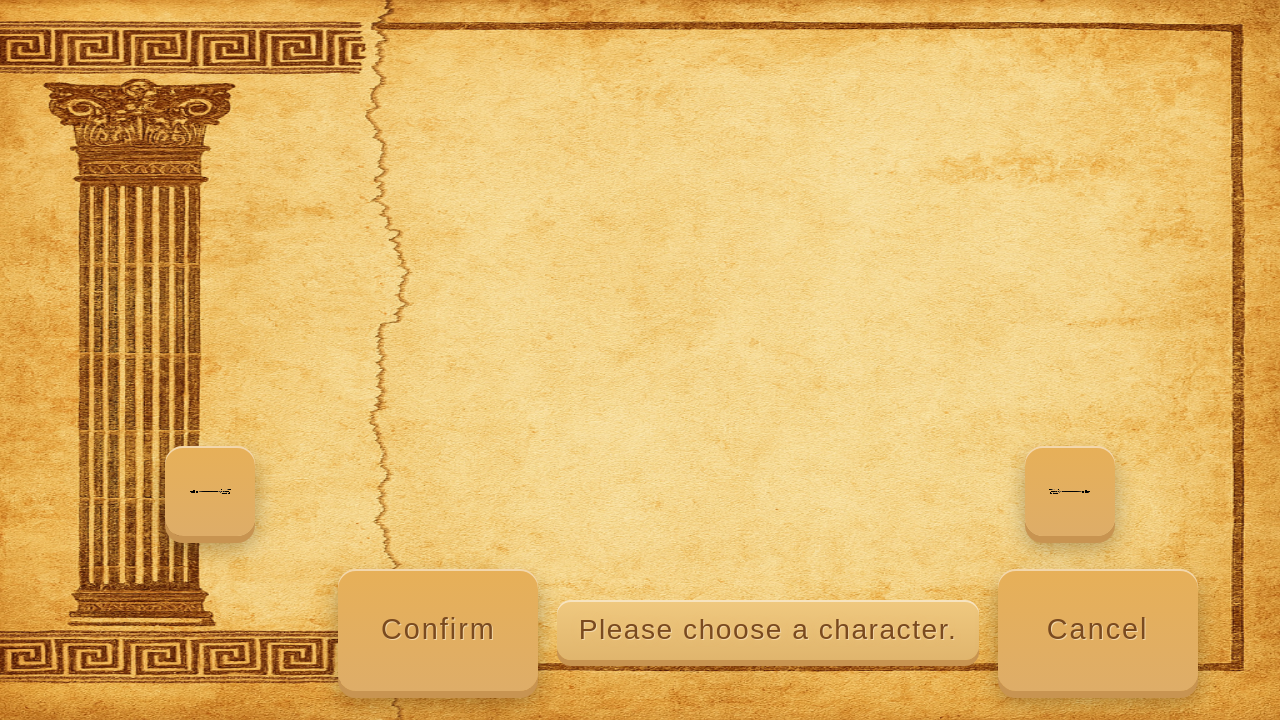
Repository: brianabariteau/Web-1-Final-Project-2025
Page: features/character-selection/character-selection.html
The author's editor kept a copy of each file at every save. The page is drawn from the files as they stood at one save, then again after the next save.
The browser window is 1280 px wide. The pictures show the whole page.
The page's requests for data from a server got no answer. Some web fonts or font styles are not loaded; a fallback is used.

Above is the page before, as saved 2025-12-21 23:52:56.

### features/character-selection/character-selection.html
<!DOCTYPE html>
<html lang="en">
  <head>
    <meta charset="UTF-8" />
    <meta name="viewport" content="width=device-width, initial-scale=1.0" />
    <title>Player Selection</title>
    <link
      rel="icon"
      type="image/x-icon"
      href="../../assets/characters/zeus.png"
    />
    <link rel="stylesheet" href="./character-selection.css" />
    <script type="module" src="./character-selection.js" defer></script>
    <script
      src="https://code.jquery.com/jquery-3.7.1.min.js"
      integrity="sha256-/JqT3SQfawRcv/BIHPThkBvs0OEvtFFmqPF/lYI/Cxo="
      crossorigin="anonymous"
    ></script>
    <link
      href="https://fonts.googleapis.com/css2?family=Jersey+25&display=swap"
      rel="stylesheet"
    />
  </head>
  <body></body>
</html>

### features/character-selection/character-selection.css
/* -- General Page Layout -- */

body {
  margin: 0;
  padding: 0;
  width: 100vw;
  height: 100vh;
  overflow: hidden;

  display: flex;
  justify-content: center;
  align-items: center;

  position: relative;
  font-family: "Press Start 2P", monospace;
}

/* Full-screen background */
.background {
  position: absolute;
  inset: 0;
  width: 100%;
  height: 100%;
  z-index: -1;
}

/* -- Character Selector Grid [avatar1/2/3] -- */

.character-row {
  /*display: flex;
  justify-content: center;
  align-items: center;
  gap: 1rem;

  position: absolute;
  top: 10%;
  width: 100%;*/
  display: flex;
  justify-content: center;
  align-items: center;
  gap: 1rem;
  width: 100%;
  position: relative; /* not absolute */
}

/* All avatar boxes */
.avatar1,
.avatar2,
.avatar3 {
  /*width: 340px;
  height: 450px;*/
  width: min(28vw, 370px); /* 28% of viewport width, max 340px */
  height: min(28vw, 440px);

  background: transparent;
  border: none;
  padding: 0;

  position: relative;
  cursor: pointer;
  transition: transform 120ms ease;
}

.avatar1:hover,
.avatar2:hover,
.avatar3:hover {
  transform: scale(1.05);
}

/* The decorative box asset */
.background-boxes {
  position: absolute;
  inset: 0;
  width: 100%;
  height: 100%;
  object-fit: fill;
  z-index: 0;
  pointer-events: none;
}

/* If later you put the character image inside an avatar */
.player-avatar {
  position: relative;
  z-index: 1;
  width: 140px;
  height: auto;
  image-rendering: pixelated;
}

/* Info inside the avatar (optional) */
.player-info {
  position: relative;
  z-index: 2;
  color: brown;
  text-shadow: 2px 2px #000;
  font-size: 14px;
  text-align: left;
  margin-left: 10px;
}

/* ───────────── SCROLL ARROWS ABOVE TEXT BOX ───────────── */

.scroll-arrows {
  width: min(200vw, 950px); /* narrower than full screen */
  margin: 0 auto;
  display: flex;
  justify-content: space-between; /* left arrow on left, right arrow on right */
  align-items: center;

  padding: 0 5vw; /* adjusts how far arrows sit from edges */
  position: relative;
  z-index: 15;
  gap: 8rem;
}

/* =========================
   ARROW BUTTON BASE
========================= */
.left-arrow,
.right-arrow {
  width: 90px;
  height: 90px;

  background: linear-gradient(to bottom, #e7b058, #dead68);
  border-radius: 18px;
  border: none;

  display: flex;
  align-items: center;
  justify-content: center;

  cursor: pointer;

  box-shadow: inset 0 2px 0 rgba(255, 255, 255, 0.5), 0 7px 0 #c89451,
    0 12px 22px rgba(0, 0, 0, 0.25);

  transition: transform 0.15s ease, box-shadow 0.15s ease, filter 0.15s ease;
}

.left-arrow:hover,
.right-arrow:hover {
  filter: brightness(1.05);

  box-shadow: inset 0 2px 0 rgba(255, 255, 255, 0.6), 0 7px 0 #c89451,
    0 0 18px rgba(255, 210, 130, 0.7), 0 0 36px rgba(255, 200, 100, 0.4);
}

.left-arrow:active,
.right-arrow:active {
  transform: translateY(5px);

  box-shadow: inset 0 2px 0 rgba(255, 255, 255, 0.4), 0 3px 0 #c89451;
}

.arrowImg {
  width: 42px;
  height: auto;
  image-rendering: pixelated;
  pointer-events: none;
}

.switch-characters {
  display: flex;
  flex-direction: column;
  align-items: center;
  gap: 1rem; /* space between avatars and arrows */

  width: min(90vw, 1200px);
  position: absolute;
  top: 10%;
  width: 100%;
}

/* Every stat becomes a tooltip target */
.stat {
  position: relative;
  cursor: help;
}

/* Tooltip bubble */
.stat:hover::after {
  content: attr(data-info);
  position: absolute;
  left: 50%;
  bottom: 120%;
  transform: translateX(-50%);

  width: max-content;
  max-width: 220px;

  background: rgba(0, 0, 0, 0.9);
  color: white;
  padding: 8px 10px;
  border-radius: 6px;
  font-size: 10px;
  line-height: 1.2;
  text-shadow: none;

  pointer-events: none;
  z-index: 999;
}

/* Tooltip arrow */
.stat:hover::before {
  content: "";
  position: absolute;
  left: 50%;
  bottom: 110%;
  transform: translateX(-50%);

  border-width: 6px;
  border-style: solid;
  border-color: rgba(0, 0, 0, 0.9) transparent transparent transparent;

  z-index: 998;
}

/* ───────────── TEXT BOX (your .box image) ───────────── */

.bottom-panel {
  position: absolute;
  /*bottom: -3%;  how far from bottom of screen */
  bottom: 4%;
  left: 60%;
  /*transform: translateX(-30%);  center horizontally */
  transform: translateX(-50%);

  width: min(70vw, 900px);
  /*width: 40%;  adjust width as needed */
  /*max-width: 900px; */

  display: grid;
  grid-template-columns: 1fr auto 1fr; /* left | center | right */
  align-items: center;
  justify-items: center;
  margin: 0;

  z-index: 10;
}

.box {
  font-size: clamp(1.4rem, 2.2vw, 2rem);
  color: #7a4a1f;
  letter-spacing: 1.5px;

  text-shadow: 1px 1px 0 #f3d8a8, 0 0 8px rgba(255, 210, 130, 0.35);

  background: linear-gradient(to bottom, #f0c97f, #e0b56d);
  padding: 14px 22px;
  border-radius: 14px;

  box-shadow: inset 0 2px 0 rgba(255, 255, 255, 0.5), 0 6px 0 #c89451;

  pointer-events: none;
}

/* ───────────── CONFIRM + CANCEL BUTTONS ───────────── */

.button-left,
.button-right {
  display: flex;
  justify-content: center;
  align-items: center;
}

.buttons {
  display: flex;
  gap: 0rem; /* spacing between confirm/cancel */
  position: relative; /* NOT absolute */
  z-index: 10;
}

.confirm,
.cancel {
  min-width: 200px;
  padding: 16px 30px;

  background: linear-gradient(to bottom, #e7b058, #dead68);
  border: none;
  border-radius: 18px;

  cursor: pointer;

  box-shadow: inset 0 2px 0 rgba(255, 255, 255, 0.5), 0 7px 0 #c89451,
    0 12px 22px rgba(0, 0, 0, 0.25);

  transition: transform 0.15s ease, box-shadow 0.15s ease, filter 0.15s ease;
}

.confirm p,
.cancel p {
  font-size: 1.8rem;
  letter-spacing: 2px;
  color: #7a4a1f;

  text-shadow: 1px 1px 0 #f3d8a8;
}

.confirm:hover,
.cancel:hover {
  filter: brightness(1.05);

  box-shadow: inset 0 2px 0 rgba(255, 255, 255, 0.6), 0 7px 0 #c89451,
    0 0 18px rgba(255, 210, 130, 0.7), 0 0 36px rgba(255, 200, 100, 0.4);
}

.confirm:active,
.cancel:active {
  transform: translateY(5px);

  box-shadow: inset 0 2px 0 rgba(255, 255, 255, 0.4), 0 3px 0 #c89451;
}

/* Position them near bottom-right like your drawing */
.cancel {
  right: 10%;
}

/* ───────────── CHARACTERS ───────────── */
.character {
  position: relative;
  z-index: 10; /* ensures text appears above the background box */
  color: rgb(133, 74, 18);
  justify-items: center;
  text-align: center;
  display: flex;
  object-fit: contain;
  /*padding: 12px 20px;*/
  padding-top: 50px;
  width: 100%;
  height: 100%;
  font-family: "Press Start 2P", monospace; /* matches your game font */
  text-shadow: 2px 2px 0px #ffffff; /* retro look */
}

.inner-character {
  width: 100%; /* smaller than full box so borders show */
  height: 70%; /* keep some space top/bottom */
  padding: 0.4rem; /* small internal padding */
  box-sizing: border-box;

  display: flex;
  flex-direction: column;
  align-items: center;
  justify-content: flex-start;
  gap: 0.1rem; /* tiny gaps between lines */

  overflow-y: auto; /* <-- important: scroll if too tall */
  scrollbar-width: none;
  -ms-overflow-style: none;
}
.character-inner::-webkit-scrollbar {
  display: none;
}

.character-inner h3 {
  margin: 0 0 4px 0;
  font-size: clamp(12px, 1.3vw, 16px);
}

.character-inner p {
  margin: 1px 0;
  font-size: clamp(10px, 1.1vw, 13px);
  line-height: 1.1;
}

/* Smaller sprite so it doesn't eat all vertical space */
.character-inner .character-img {
  width: 90px;
  height: auto;
  margin-bottom: 6px;
}

.character h3 {
  margin: 0 0 10px 0;
  /*font-size: 18px;*/
  font-size: clamp(14px, 1.6vw, 18px);
  letter-spacing: 1px;
}

.character p,
.powers-list {
  font-size: clamp(12px, 1.3vw, 14px);
}

.character p {
  margin: 3px 0;
  /*font-size: 14px;*/
  line-height: 1.2;
}

.powers-list {
  margin: 4px 0 0 16px;
  padding: 0;
  list-style-type: none;
  /*font-size: 14px;*/
}

.character-img {
  display: block;
  margin: 0 auto 10px auto; /* center horizontally + space underneath */
  width: 120px; /* adjust size */
  height: auto;
  image-rendering: pixelated;
  z-index: 5;
  pointer-events: none;
  background: transparent;
}

@media (max-width: 900px) {
  .character-row {
    flex-direction: column;
    top: 4%;
    gap: 0.5rem;
  }

  .avatar1,
  .avatar2,
  .avatar3 {
    width: 80vw;
  }
}

@media (max-width: 900px) {
  .bottom-panel {
    bottom: 2%;
    width: 90vw;
    grid-template-columns: auto;
    row-gap: 0.5rem;
  }

  .buttonImg {
    width: 120px;
  }
}

@media (max-width: 600px) {
  .arrowImg {
    width: 80px;
  }

  .scroll-arrows {
    gap: 1.5rem;
    bottom: 30%;
  }
}

@media (max-width: 600px) {
  .confirm,
  .cancel {
    min-width: 160px;
    padding: 14px 22px;
  }

  .confirm p,
  .cancel p {
    font-size: 1.4rem;
  }

  .box {
    font-size: 1.3rem;
  }
}

@media (max-width: 600px) {
  .left-arrow,
  .right-arrow {
    width: 70px;
    height: 70px;
  }

  .arrowImg {
    width: 32px;
  }
}

/* UI elements use same font as Start / Mode pages */
.confirm,
.cancel,
.box {
  font-family: "Jersey 25", sans-serif;
}

### features/character-selection/character-selection.js
"use strict";

import { fetchCharacters } from "../../services/character-api.js";
import { sortCharacters } from "../../utils/character-sorters.js";
let singlePlayer = localStorage.getItem("single player");
let multiPlayer = localStorage.getItem("multiplayer");

let characters = [];
let currentIndex = 0;

// * Player selection stuff
let selectedPlayer = null;

// * The Background Image
const background = $("<img>")
  .addClass("background")
  .attr("src", "./assets/parchment-background.png")
  .attr("alt", "Background");

// * Characters
function renderCharacters(character) {
  let powersList = "";

  if (Array.isArray(character.powers) && character.powers.length > 0) {
    for (const power of character.powers) {
      powersList += `<li>${power}</li>`;
    }
  } else {
    powersList = `<li>No Powers</li>`;
  }

  return `
    <div class="character">
      <div class="inner-character">
        <img class="character-img" src="${character.imgSrc}" alt="${character.name}"/>
        <h3 class="stat" data-info="${character.tier} - ${character.tierName}">${character.name}</h3>
        <p>HP: ${character.stats.hp}</p>
        <p>Attack: ${character.stats.attack}</p>
        <p>Defense: ${character.stats.defense}</p>
        <p>Speed: ${character.stats.speed}</p>
        <p>Power: ${character.stats.power}</p>
        <p>Resilience: ${character.stats.resilience}</p>
        <p>Stamina: ${character.stats.stamina}</p>
        <p class="stat" data-info="${character.stats.masteryDesc}">Domain Mastery: ${character.stats.domainMastery}</p>
        <p class="stat" data-info="${character.stats.traitDesc}">Special Trait: ${character.stats.specialTrait}</p>
      </div>
    </div>
  `;
}

// * All Characters
const characterRow = $("<div>").addClass("character-row");

// * Arrows + Avatars Div
const switchCharacters = $("<div>").addClass("switch-characters");

// * Avatar 1
const avatar1 = $("<button>").addClass("avatar1");
const avatar1BackgroundBox = $("<img>")
  .addClass("background-boxes")
  .attr("src", "./assets/parchment-box.png")
  .attr("alt", "Background Boxes");

$(avatar1).on("click", () => {
  const first = characters[currentIndex];
  selectCharacter(avatar1, first);
});

// * Avatar 2
const avatar2 = $("<button>").addClass("avatar2");
const avatar2BackgroundBox = $("<img>")
  .addClass("background-boxes")
  .attr("src", "./assets/parchment-box.png")
  .attr("alt", "Background Boxes");

$(avatar2).on("click", () => {
  const second = characters[(currentIndex + 1) % characters.length];
  selectCharacter(avatar2, second);
});

// * Avatar 3
const avatar3 = $("<button>").addClass("avatar3");
const avatar3BackgroundBox = $("<img>")
  .addClass("background-boxes")
  .attr("src", "./assets/parchment-box.png")
  .attr("alt", "Background Boxes");

$(avatar3).on("click", () => {
  const third = characters[(currentIndex + 2) % characters.length];
  selectCharacter(avatar3, third);
});

$(characterRow).append(avatar1, avatar2, avatar3);

function updateAvatarsDisplay() {
  if (!Array.isArray(characters) || characters.length === 0) return;

  const second = characters[(currentIndex + 1) % characters.length];
  const first = characters[currentIndex];
  const third = characters[(currentIndex + 2) % characters.length];

  $(avatar1).html(renderCharacters(first));
  $(avatar2).html(renderCharacters(second));
  $(avatar3).html(renderCharacters(third));

  $(avatar1).append(avatar1BackgroundBox.clone());
  $(avatar2).append(avatar2BackgroundBox.clone());
  $(avatar3).append(avatar3BackgroundBox.clone());
}

async function loadCharacters() {
  characters = await fetchCharacters();
  characters = sortCharacters(characters);
  currentIndex = 0;
  updateAvatarsDisplay();
}

function selectCharacter(avatarElement, character) {
  $(".avatar1, .avatar2, .avatar3").removeClass("selected");
  $(avatarElement).addClass("selected");
  selectedPlayer = character;
}

// * Text Box + Buttons
const bottomPanel = $("<div>").addClass("bottom-panel");

/*
// * Text Box Image
const textBox = $("<img>")
  .addClass("box")
  .attr("src", "./assets/choose-character-text.png")
  .attr("alt", "Text Box"); */
const textBox = $("<p>").addClass("box").text("Please choose a character.");

// * Buttons
const leftButton = $("<div>").addClass("left-button");
const rightButton = $("<div>").addClass("right-button");

// * Confirm Button
const confirmButton = $("<button>").addClass("confirm");
const confirmText = $("<p>").text("Confirm");
/*const confirmImg = $("<img>")
  .addClass("buttonImg")
  .attr("src", "./assets/parchment-confirm-button.png")
  .attr("alt", "Confirm Button Image");  */

$(confirmButton).append(confirmText);
$(confirmButton).on("click", () => {
  if (!selectedPlayer) {
    alert("Please select a character first!");
    return;
  }

  localStorage.setItem("selectedCharacter", JSON.stringify(selectedPlayer));

  window.location.href = "../main-menu/main-menu.html";
});

// * Cancel Button
const cancelButton = $("<button>").addClass("cancel");
const cancelText = $("<p>").text("Cancel");
/*const cancelImg = $("<img>")
  .addClass("buttonImg")
  .attr("src", "./assets/parchment-cancel-button.png")
  .attr("alt", "Cancel Button Image"); */

$(cancelButton).append(cancelText);
$(cancelButton).on("click", () => {
  if (selectedPlayer === null) {
    window.location.href = "../main-menu/index.html";
  }

  selectedPlayer = null;
  $(avatar1).css("box-shadow", "none");
  $(avatar2).css("box-shadow", "none");
  $(avatar3).css("box-shadow", "none");
});

leftButton.append(confirmButton);
$(rightButton).append(cancelButton);
$(bottomPanel).append(confirmButton, textBox, cancelButton);

// * Scroll Arrows
const scrollArrows = $("<div>").addClass("scroll-arrows");

// * Left Arrow
const leftArrow = $("<button>").addClass("left-arrow");
const leftArrowImg = $("<img>")
  .addClass("arrowImg")
  .attr("src", "./assets/left-arrow.png")
  .attr("alt", "Left Arrow");

$(leftArrow).on("click", () => {
  currentIndex = (currentIndex - 1 + characters.length) % characters.length;
  selectedPlayer = null;
  $(avatar1).css("box-shadow", "none");
  $(avatar2).css("box-shadow", "none");
  $(avatar3).css("box-shadow", "none");
  updateAvatarsDisplay();
});
$(leftArrow).append(leftArrowImg);

// * Right Arrow
const rightArrow = $("<button>").addClass("right-arrow");
const rightArrowImg = $("<img>")
  .addClass("arrowImg")
  .attr("src", "./assets/right-arrow.png")
  .attr("alt", "Right Arrow");

$(rightArrow).on("click", () => {
  currentIndex = (currentIndex + 1) % characters.length;
  selectedPlayer = null;
  $(avatar1).css("box-shadow", "none");
  $(avatar2).css("box-shadow", "none");
  $(avatar3).css("box-shadow", "none");
  updateAvatarsDisplay();
});
$(rightArrow).append(rightArrowImg);

$(scrollArrows).append(leftArrow, rightArrow);
$(switchCharacters).append(characterRow, scrollArrows);

$("body").append(background, switchCharacters, bottomPanel);

loadCharacters();

### utils/character-sorters.js
"use strict";
export function sortCharacters(characters) {
  return characters.sort((characterA, characterB) => {
    const scoreA =
      characterA.stats.attack * 2 +
      characterA.stats.power * 2 +
      characterA.stats.defense +
      characterA.stats.hp +
      characterA.stats.speed;

    const scoreB =
      characterB.stats.attack * 2 +
      characterB.stats.power * 2 +
      characterB.stats.defense +
      characterB.stats.hp +
      characterB.stats.speed;

    return scoreB - scoreA;
  });
}

Loaded but not shown: services/character-api.js (396 lines, source omitted)

After the next save:
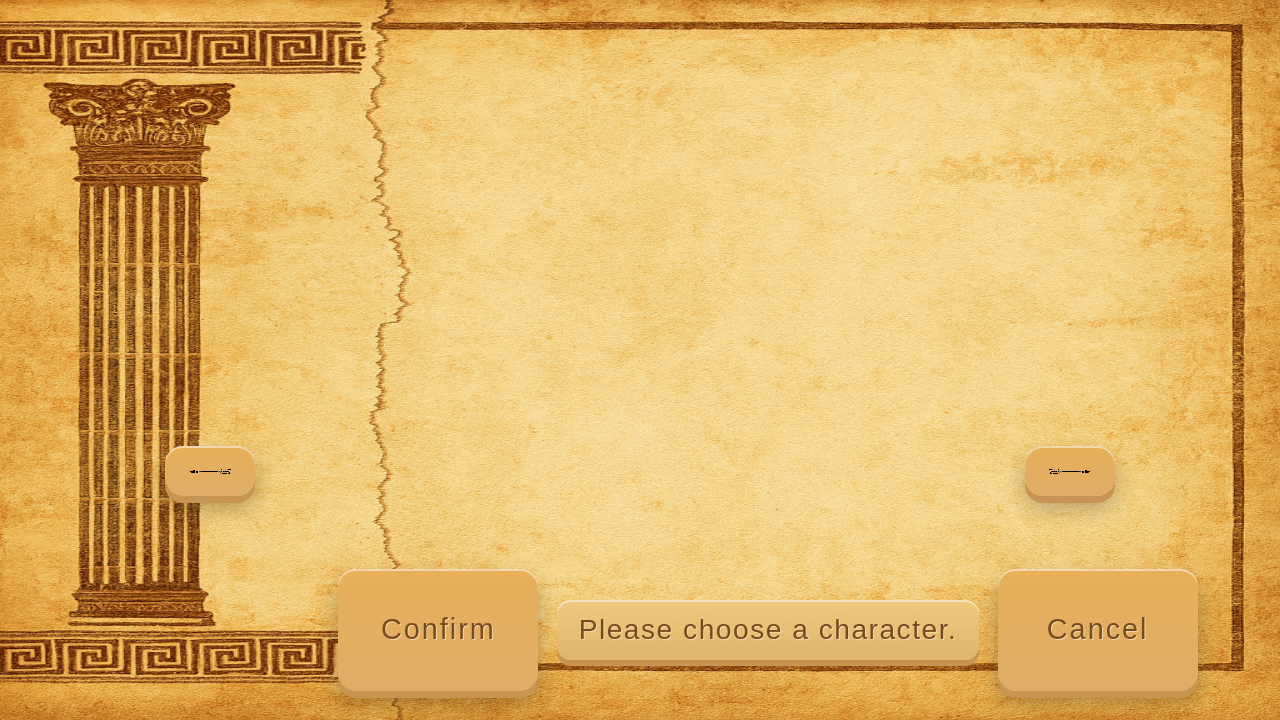
Saved 22 s later.
--- a/features/character-selection/character-selection.css
+++ b/features/character-selection/character-selection.css
@@ -119,7 +119,7 @@ body {
 .left-arrow,
 .right-arrow {
   width: 90px;
-  height: 90px;
+  height: 50px;
 
   background: linear-gradient(to bottom, #e7b058, #dead68);
   border-radius: 18px;
